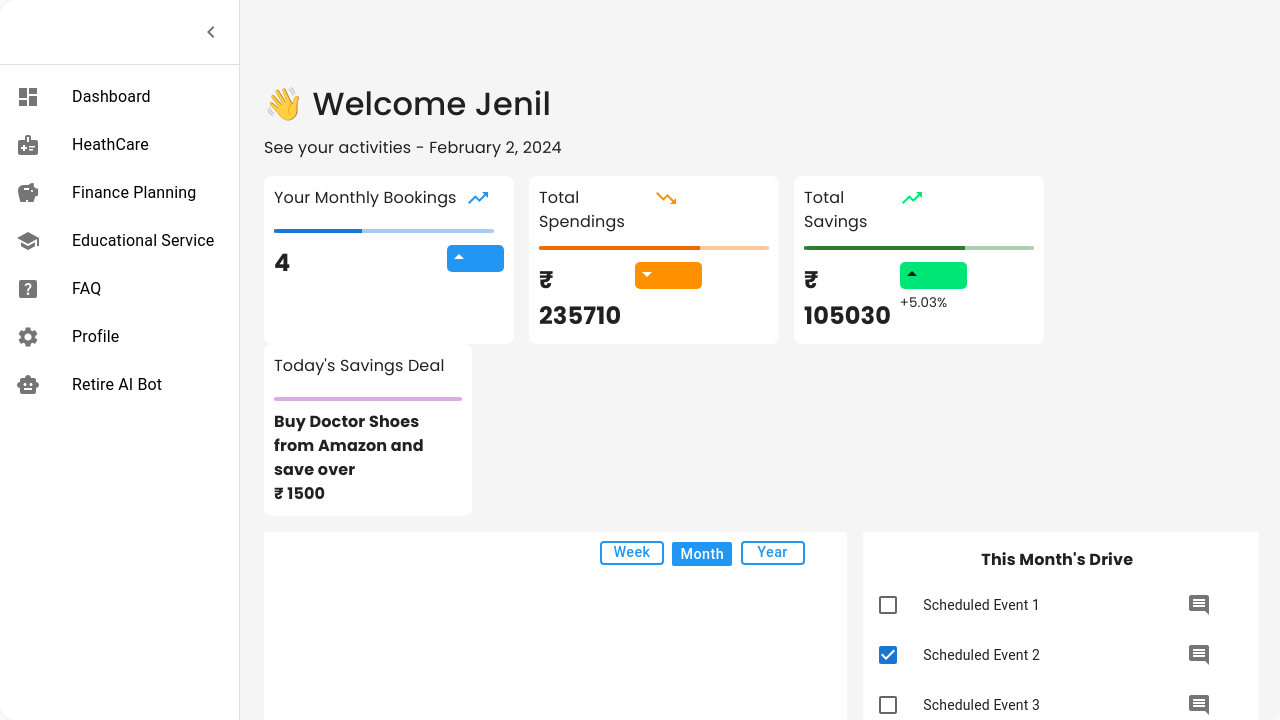
Repository: shubhampirate/Google_Solutions_Edural
Page: /dashboard
An editor plug-in stored every save of this project. The page is shown before and after the next save, followed by the edit.
The browser window is 1280 px wide. The pictures show the whole page.
The page's requests for data from a server got no answer. An inner scrolling area shows only its first screen. The project was rebuilt for these pictures with package versions that can differ from the ones it lists, and the page was loaded fresh each time. Some packages were replaced by stand-ins written for this rebuild. No one was signed in, and anything a server would have sent is missing. Also part of the build but not shown: src/Components/CustomButton.jsx, src/Components/Navbar.jsx, src/Components/Footer.jsx, src/Components/CongratsCard.jsx, src/pages/Hero/Hero.jsx, src/pages/Sign_in.jsx.

Above is the page before, as saved 2024-02-03 17:27:46.

After the next save:
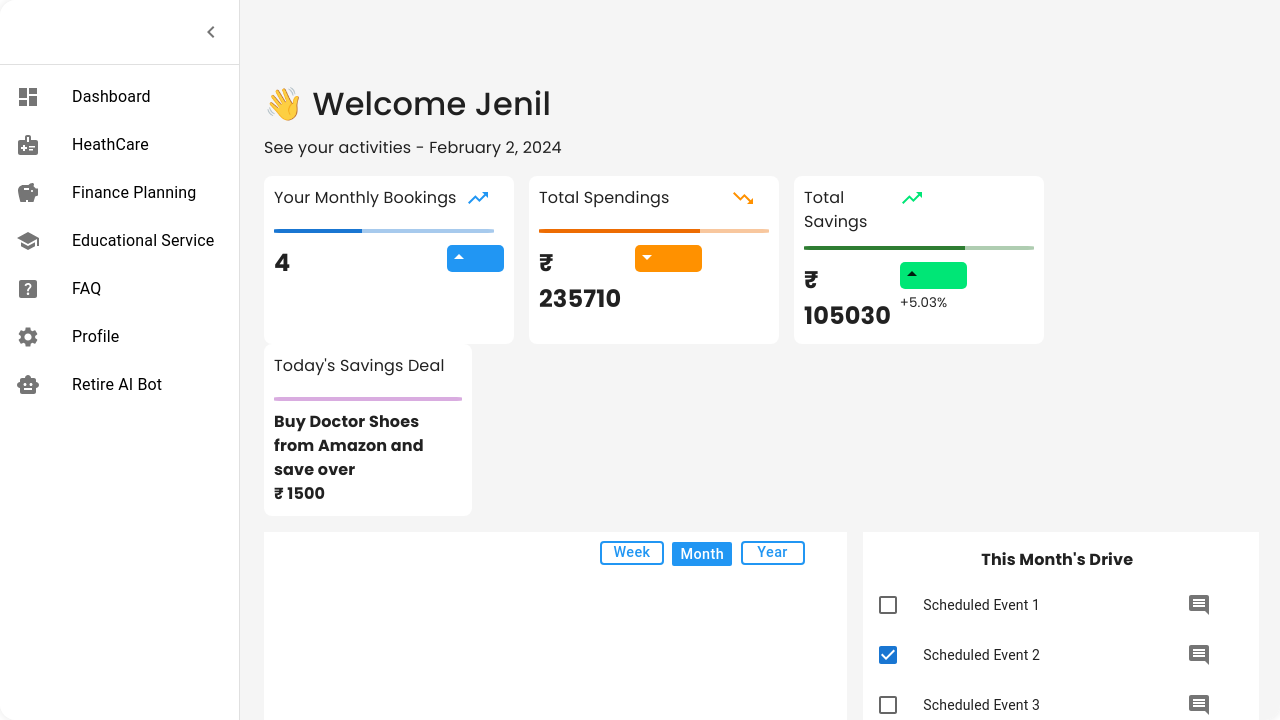
Saved 50 s later.
--- a/src/pages/Dashboard/Dashboard.jsx
+++ b/src/pages/Dashboard/Dashboard.jsx
@@ -342,8 +342,8 @@ export default function Dashboard() {
             <Grid item xs={12} md={3} style={{ backgroundColor: "white", padding: "10px", marginRight: "15px", borderRadius: "0.5rem" }}>
               <Grid item xs={12}>
                 <Grid container>
-                  <Grid item xs={6}><div>Total Spendings</div></Grid>
-                  <Grid item xs={4}><TrendingDownIcon sx={{ color: "#ff9100" }} /></Grid>
+                  <Grid item xs={10}><div>Total Spendings</div></Grid>
+                  <Grid item xs={2}><TrendingDownIcon sx={{ color: "#ff9100" }} /></Grid>
                 </Grid>
                 <Grid item xs={12}>
                   <LinearProgress variant="determinate" value={70} color='warning' sx={{ borderRadius: "10%", margin: "12px 0px" }} />
